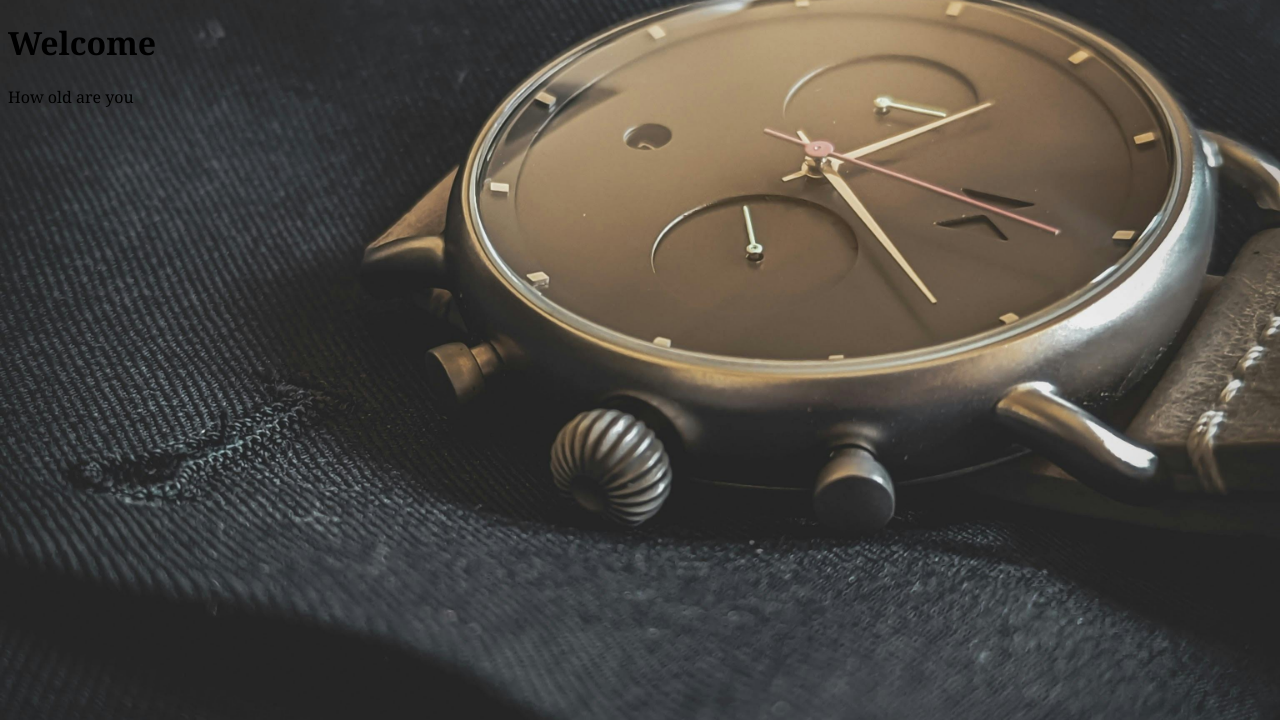
Repository: kem85/beginning
Page: web/js/index.html
An editor plug-in stored every save of this project. The page is shown before and after the next save, followed by the edit.
The browser window is 1280 px wide. The pictures show the whole page.

Above is the page before, as saved 2024-06-18 02:58:49.

### web/js/index.html
<!DOCTYPE html>
<html lang="en">
<head>
    <meta charset="UTF-8">
    <meta name="viewport" content="width=device-width, initial-scale=1.0">
    <title>Document</title>
    <script src="./test.js"></script>
    <link rel="stylesheet" href="./main.css">
</head>
<body>
    <div class="banner">
        <h1 class="header">Welcome</h1>
        <p class="text">How old are you</p>
    </div>
</body>
</html>

### web/js/test.js
window.alert("what is love");

### web/js/main.css
*{
    font-family:Cambria, Cochin, Georgia, Times, 'Times New Roman', serif;
    background-image: url("./watch.jpg");
    background-position: center;
    background-attachment: fixed;
    background-size: cover;
}
.welcomesign{
    min-width: 100vw;
    min-height:35vh;
    display:flex;
    color: orangered;
    justify-content: center;
    align-items: center;
    text-align: center;
    font-size: 50px;
}

After the next save:
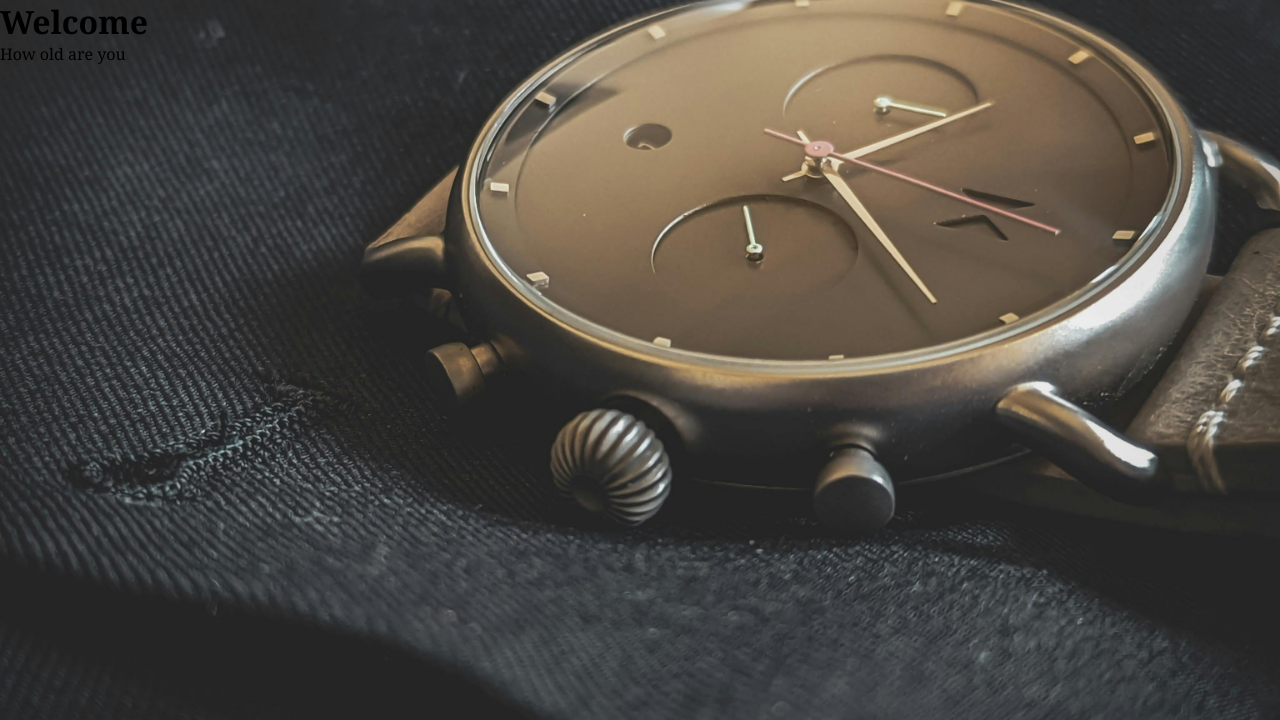
Saved 11 s later.
--- a/web/js/main.css
+++ b/web/js/main.css
@@ -4,6 +4,9 @@
     background-position: center;
     background-attachment: fixed;
     background-size: cover;
+    padding:0;
+    margin:0;
+    box-sizing: border-box;
 }
 .welcomesign{
     min-width: 100vw;
